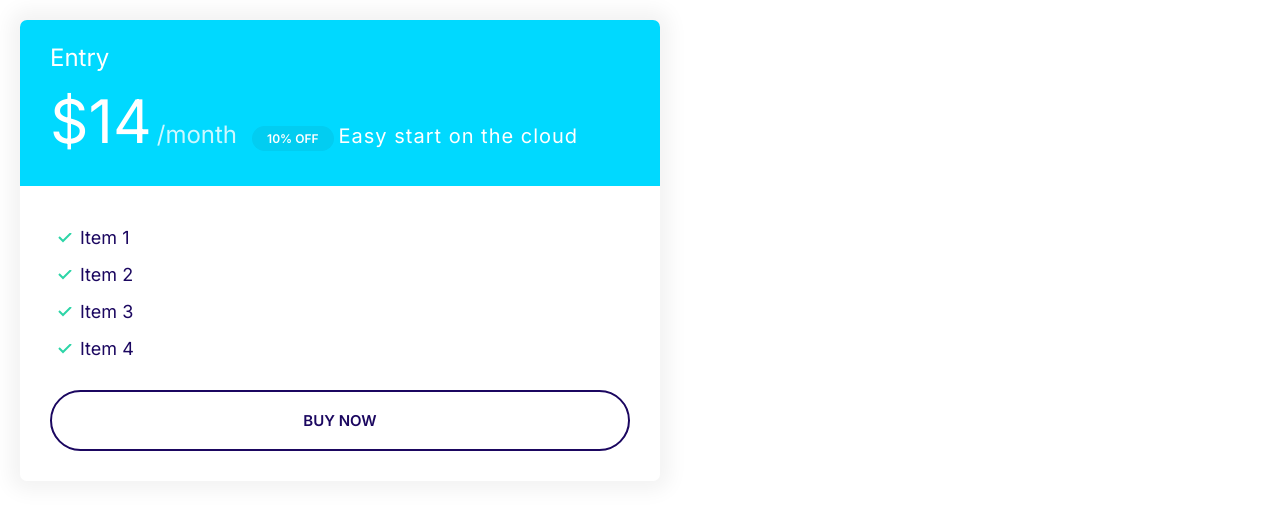
Repository: Qiwenweiii/CodeWithMosh
Page: index.html
The author's editor kept a copy of each file at every save. The page is drawn from the files as they stood at one save, then again after the next save.
The browser window is 1280 px wide. The pictures show the whole page.

Above is the page before, as saved 2021-11-11 22:18:56.

### index.html
<!DOCTYPE html>
<html>

<head>
    <title>CodeWithMosh</title>
    <meta charset="UTF-8" />

    <link rel="preconnect" href="https://fonts.googleapis.com" />
    <link rel="preconnect" href="https://fonts.gstatic.com" crossorigin />
    <link href="https://fonts.googleapis.com/css2?family=Inter:wght@400;600;700&display=swap" rel="stylesheet" />

    <link rel="stylesheet" href="./styles/normalize.css" />
    <link rel="stylesheet" href="./styles/styles.css" />
</head>

<body>
    <div style="width: 50%; margin: 20px">
        <div class="plan">
            <div class="card card--secondary">
                <header class="card__header">
                    <h3 class="plan__name">Entry</h3>
                    <span class="plan__price">$14</span>
                    <span class="plan__billing-cycle">/month</span>
                    <span class="badge badge--secondary badge--small">10% OFF</span>
                    <span class="plan__description">Easy start on the cloud</span>
                </header>
                <div class="card__body">
                    <ul class="list list--tick">
                        <li class="list__item">Item 1</li>
                        <li class="list__item">Item 2</li>
                        <li class="list__item">Item 3</li>
                        <li class="list__item">Item 4</li>
                    </ul>
                    <button class="btn btn--outline btn--block">Buy Now</button>
                </div>
            </div>
        </div>
    </div>
</body>

</html>

### styles/styles.css
:root {
    /* 定义配色变量 */
    /* 主体配色 */
    --color-primary: #2584ff;
    --color-secondary: #00d9ff;
    --color-accent: #ff3400;
    /* 文本配色 */
    --color-headings: #1b0760;
    --color-body: #918ca4;
    --color-border: #ccc;
    --border-radius: 30px;
}

*,
*::before,
*::after {
    box-sizing: border-box;
}


/* 字体配置 */


/* 设置默认字体大小 */

html {
    /* 默认字体大小是16px，62.5%是10px */
    font-size: 62.5%;
}


/* 设置字体，字体大小和文本颜色 */

body {
    font-family: Inter, Arial, Helvetica, sans-serif;
    color: var(--color-body);
    font-size: 2.4rem;
    line-height: 1.5;
}

h1,
h2,
h3 {
    color: var(--color-headings);
    margin-bottom: 1rem;
}

h1 {
    font-size: 7rem;
}

h2 {
    font-size: 4rem;
}

h3 {
    font-size: 3rem;
}

p {
    margin-top: 0;
}


/* PC端页面字体大小 */

@media screen and (min-width: 1024px) {
    body {
        font-size: 1.8rem;
    }
    h1 {
        font-size: 8rem;
    }
    h3 {
        font-size: 2.4rem;
    }
}


/* 链接配置,Links */

a {
    text-decoration: none;
}

.link-arrow {
    color: var(--color-accent);
    text-transform: uppercase;
    font-size: 2rem;
    font-weight: bold;
}

.link-arrow::after {
    content: "-->";
    margin-left: 5px;
    transition: margin 0.15s;
}

.link-arrow:hover::after {
    margin-left: 10px;
}

@media screen and (min-width: 1024px) {
    .link-arrow {
        font-size: 1.5rem;
    }
}


/* 标签的样式 */


/* 结构 */

.badge {
    border-radius: 20px;
    padding: 0.5rem 2rem;
    font-weight: 600;
    font-size: 2rem;
    white-space: nowrap;
}


/* 外观，常规标签 */

.badge--primary {
    background: var(--color-primary);
    color: #fff;
}

.badge--secondary {
    background: var(--color-secondary);
    color: #fff;
}


/* 小标签 */

.badge--small {
    font-size: 1.6rem;
    padding: 0.5rem 1.5rem;
}

@media screen and (min-width: 1024px) {
    .badge {
        font-size: 1.5rem;
    }
    .badge--small {
        font-size: 1.2rem;
    }
}


/* 列表 */

.list {
    list-style: none;
    padding-left: 0;
    color: var(--color-headings);
}

.list--inline .list__item {
    display: inline-block;
    margin-right: 2rem;
}

.list--tick {
    padding-left: 3rem;
    list-style-image: url(../images/tick.svg);
}

.list--tick .list__item {
    padding-left: 0.5rem;
    margin-bottom: 1rem;
}

@media screen and (min-width: 1024px) {
    .list--tick .list__item {
        padding-left: 0;
    }
}


/* Icon，图标 */

.icon-container {
    display: flex;
    justify-content: center;
    align-items: center;
    background: #f3f9fa;
    width: 64px;
    height: 64px;
    border-radius: 100%;
}

.icon {
    width: 40px;
    height: 40px;
}

.icon--primary {
    fill: var(--color-primary);
}


/* 按钮组件 */

.btn {
    font-size: 1.8rem;
    font-weight: 600;
    text-transform: uppercase;
    text-align: center;
    padding: 2rem 3rem;
    margin: 1rem 0;
    border: 0;
    border-radius: 40px;
    cursor: pointer;
    white-space: nowrap;
}

.btn--primary {
    background-color: var(--color-primary);
    color: #fff;
}

.btn--primary:hover {
    background-color: #3a8ffd;
}

.btn--secondary {
    background-color: var(--color-secondary);
    color: #fff;
}

.btn--secondary:hover {
    background-color: #00c8eb;
}

.btn--accent {
    background-color: var(--color-accent);
    color: #fff;
}

.btn--accent:hover {
    background-color: #ec3000;
}

.btn--outline {
    background-color: #fff;
    color: var(--color-headings);
    border: 2px solid var(--color-headings);
}

.btn--outline:hover {
    background-color: var(--color-headings);
    color: #fff;
}

.btn--block {
    width: 100%;
    display: inline-block;
}

@media screen and (min-width: 1024px) {
    .btn {
        font-size: 1.5rem;
    }
}


/* 输入框组件 */

.input {
    padding: 1.5rem 3.5rem;
    border: 1px solid var(--color-border);
    border-radius: var(--border-radius);
    outline: none;
    color: var(--color-headings);
    font-size: 2rem;
}

::placeholder {
    color: #cdcdb7;
}

.input-group {
    display: flex;
    border: 1px solid var(--color-border);
    border-radius: var(--border-radius);
}

.input-group .input {
    border: 0;
    flex-grow: 1;
    /* 按钮在左侧时，或者左侧有其他内容时新增这一句 */
    /* padding: 1.5rem 1rem; */
}

.input-group .btn {
    margin: 4px;
}

@media screen and (min-width: 1024px) {
    .input {
        font-size: 1.5rem;
    }
}


/* 卡片模块 */

.card {
    border-radius: 7px;
    box-shadow: 0 0 20px 10px #f3f3f3;
    overflow: hidden;
}

.card__header,
.card__body {
    padding: 2rem 3rem;
}

.card--primary .card__header {
    background-color: var(--color-primary);
    color: #fff;
}

.card--secondary .card__header {
    background-color: var(--color-secondary);
    color: #fff;
}

.card--secondary .badge--secondary {
    background-color: #02cdf1;
}


/* Plans */

.plan__name {
    color: #fff;
    margin: 0;
    font-size: 2.4rem;
    font-weight: 500;
}

.plan__price {
    font-size: 6rem;
}

.plan__billing-cycle {
    font-size: 2.4rem;
    font-weight: 300;
    opacity: 0.8;
    margin-right: 1rem;
}

.plan__description {
    font-size: 2rem;
    font-weight: 300;
    letter-spacing: 1px;
}

Loaded but not shown: styles/normalize.css (library)

After the next save:
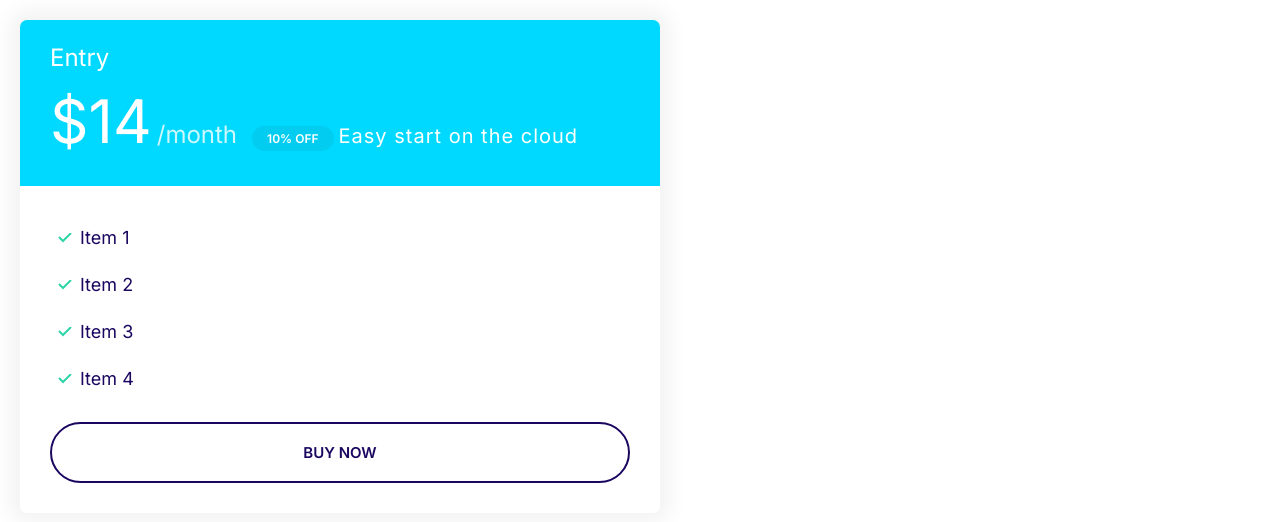
Saved 77 s later.
--- a/styles/styles.css
+++ b/styles/styles.css
@@ -360,3 +360,7 @@ a {
     font-weight: 300;
     letter-spacing: 1px;
 }
+
+.plan .list__item {
+    margin-bottom: 2rem;
+}
